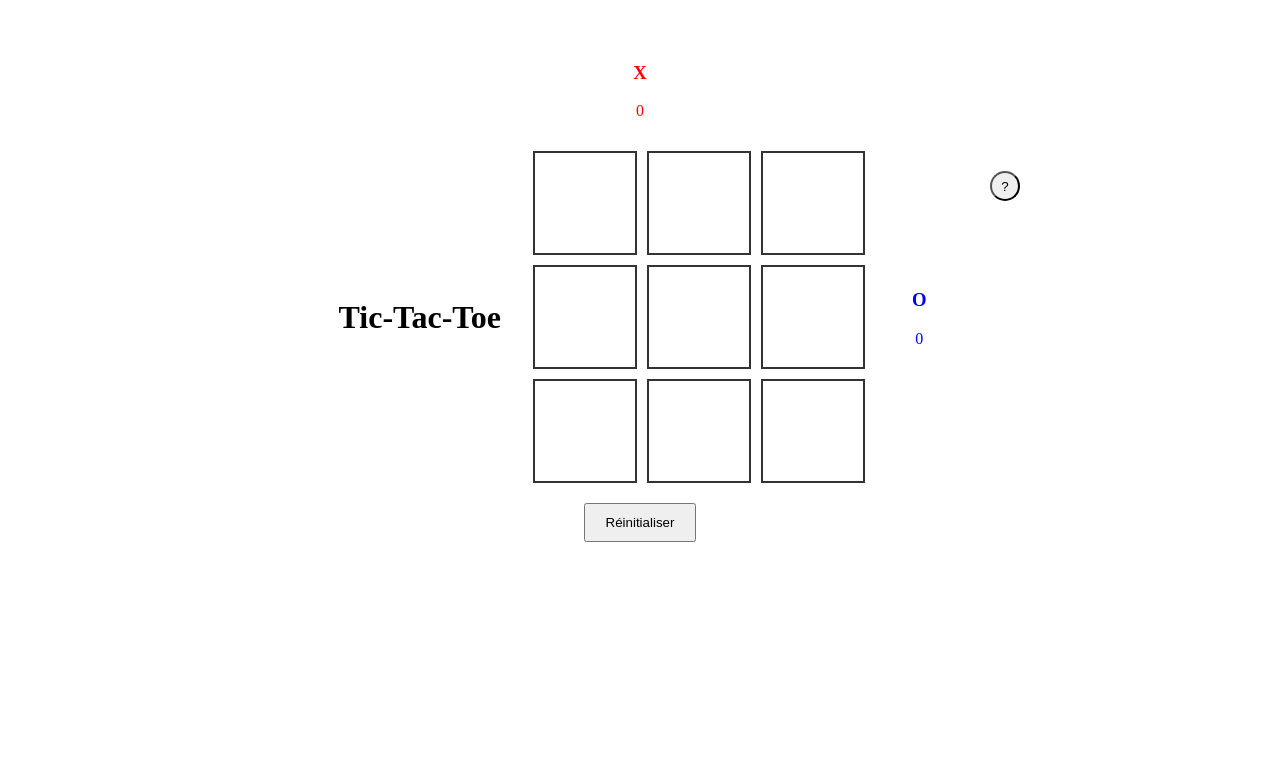
Repository: FTheo57/EvaluationGit
Page: index.html
An editor plug-in stored every save of this project. The page is shown before and after the next save, followed by the edit.
The browser window is 1280 px wide. The pictures show the whole page.

Above is the page before, as saved 2025-03-10 16:39:25.

After the next save:
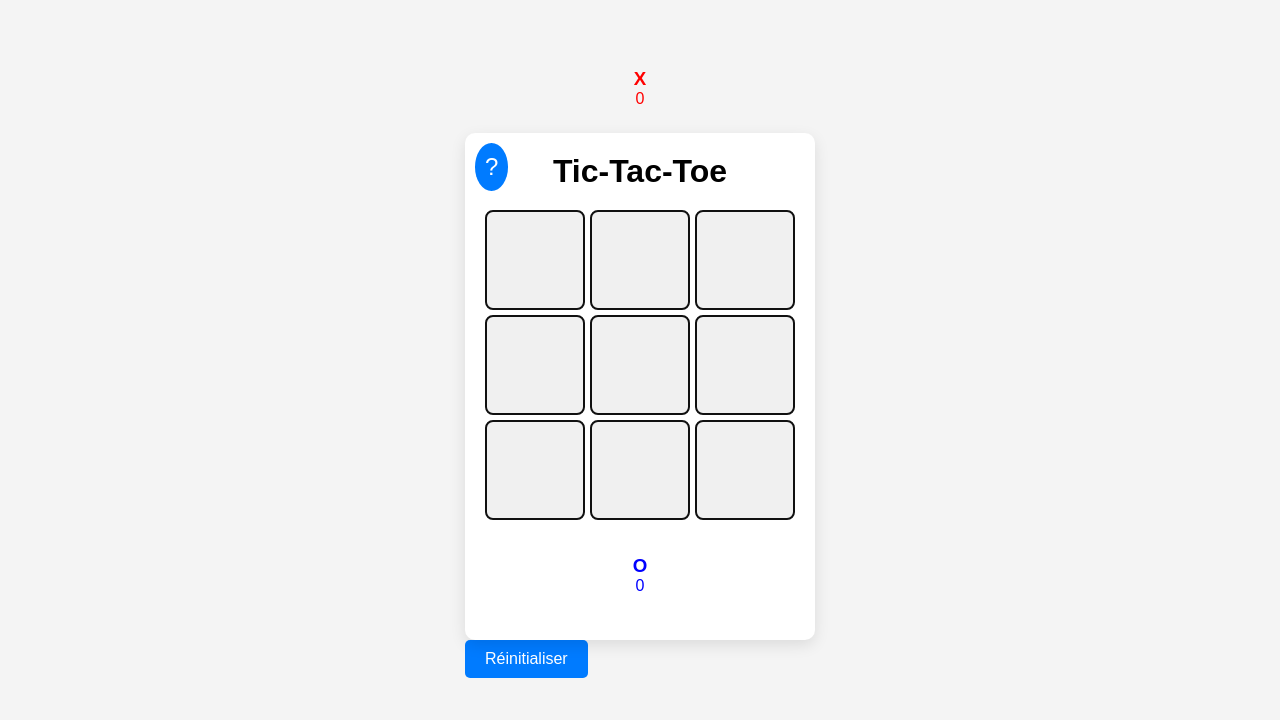
Saved 2 s later.
--- a/css/styles.css
+++ b/css/styles.css
@@ -1,67 +1,107 @@
-.game-wrapper {
+* {
+    margin: 0;
+    padding: 0;
+    box-sizing: border-box;
+}
+
+body {
+    font-family: Arial, sans-serif;
     display: flex;
-    flex-direction: column;
+    justify-content: center;
     align-items: center;
-    min-height: 100vh;
-    padding: 20px;
+    height: 100vh;
+    background-color: #f4f4f4;
 }
 
 .container {
-    display: flex;
-    align-items: center;
-    justify-content: center;
-    gap: 2rem;
+    text-align: center;
+    background-color: white;
+    padding: 20px;
+    border-radius: 10px;
+    box-shadow: 0 5px 15px rgba(0, 0, 0, 0.1);
     position: relative;
-    width: 100%;
-    max-width: 800px;
-}
-
-.game-board {
-    display: grid;
-    grid-template-columns: repeat(3, 1fr);
-    gap: 10px;
-}
-
-.cell {
-    width: 100px;
-    height: 100px;
-    border: 2px solid #333;
-    display: flex;
-    align-items: center;
-    justify-content: center;
-    cursor: pointer;
-    font-size: 2em;
 }
 
 .score-container {
     text-align: center;
     padding: 15px;
     border-radius: 8px;
+    margin: 10px;
 }
 
 #score-x {
     color: #ff0000;
+    order : -1;
 }
 
 #score-o {
     color: #0000ff;
+    order: 1;
+}
+h1 {
+    margin-bottom: 20px;
+    font-size: 2rem;
 }
 
+.game-board {
+    order: 0;
+    display: grid;
+    grid-template-columns: repeat(3, 100px);
+    grid-template-rows: repeat(3, 100px);
+    gap: 5px;
+    margin-bottom: 20px;
+}
+
+.cell {
+    width: 100px;
+    height: 100px;
+    background-color: #f0f0f0;
+    display: flex;
+    justify-content: center;
+    align-items: center;
+    font-size: 2rem;
+    cursor: pointer;
+    border: 2px solid #101010;
+    border-radius: 8px;
+    transition: background-color 0.3s ease;
+}
+
+.cell:hover {
+    background-color: #e0e0e0;
+}
+
+button {
+    padding: 10px 20px;
+    font-size: 1rem;
+    cursor: pointer;
+    background-color: #007bff;
+    color: white;
+    border: none;
+    border-radius: 5px;
+    transition: background-color 0.3s ease;
+}
+
+button:hover {
+    background-color: #0056b3;
+}
 .rules-btn {
     position: absolute;
-    top: 20px;
-    right: 20px;
+    top: 10px;
+    left: 10px;
+    padding: 10px;
+    font-size: 1.5rem;
+    background-color: #007bff;
+    color: white;
+    border: none;
     border-radius: 50%;
-    width: 30px;
-    height: 30px;
     cursor: pointer;
+    transition: background-color 0.3s ease;
 }
 
-#reset {
-    padding: 10px 20px;
-    margin-top: 20px;
-    cursor: pointer;
+.rules-btn:hover {
+    background-color: #0056b3;
 }
+
 
 .popup {
     display: none;
@@ -70,15 +110,37 @@
     left: 0;
     width: 100%;
     height: 100%;
-    background: rgba(0, 0, 0, 0.5);
+    background-color: rgba(0, 0, 0, 0.5);
+    justify-content: center;
+    align-items: center;
 }
 
 .popup-content {
-    background: white;
+    background-color: white;
     padding: 20px;
+    border-radius: 10px;
+    text-align: center;
+    width: 300px;
+}
+
+.popup h2 {
+    margin-bottom: 10px;
+}
+
+.popup ul {
+    list-style-type: none;
+    margin-bottom: 20px;
+}
+
+.popup button {
+    background-color: #007bff;
+    color: white;
+    border: none;
     border-radius: 5px;
-    position: absolute;
-    top: 50%;
-    left: 50%;
-    transform: translate(-50%, -50%);
+    padding: 10px;
+    cursor: pointer;
 }
+
+.popup button:hover {
+    background-color: #0056b3;
+}
